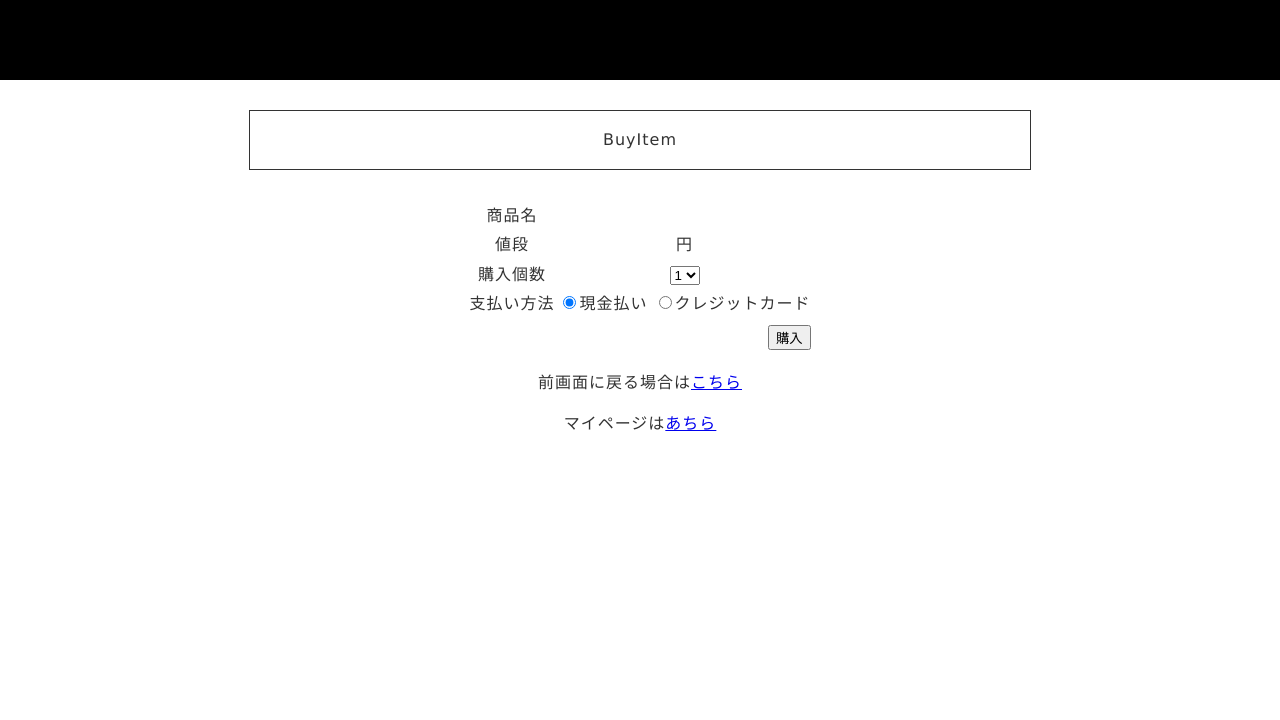
Repository: kousuke-2047/test
Page: http://localhost/ecsite/buyItem.jsp
The author's editor kept a copy of each file at every save. The page is drawn from the files as they stood at one save, then again after the next save.
The browser window is 1280 px wide. The pictures show the whole page.
The page is served by Tomcat 9.

Above is the page before, as saved 2018-05-30 07:53:12.

After the next save:
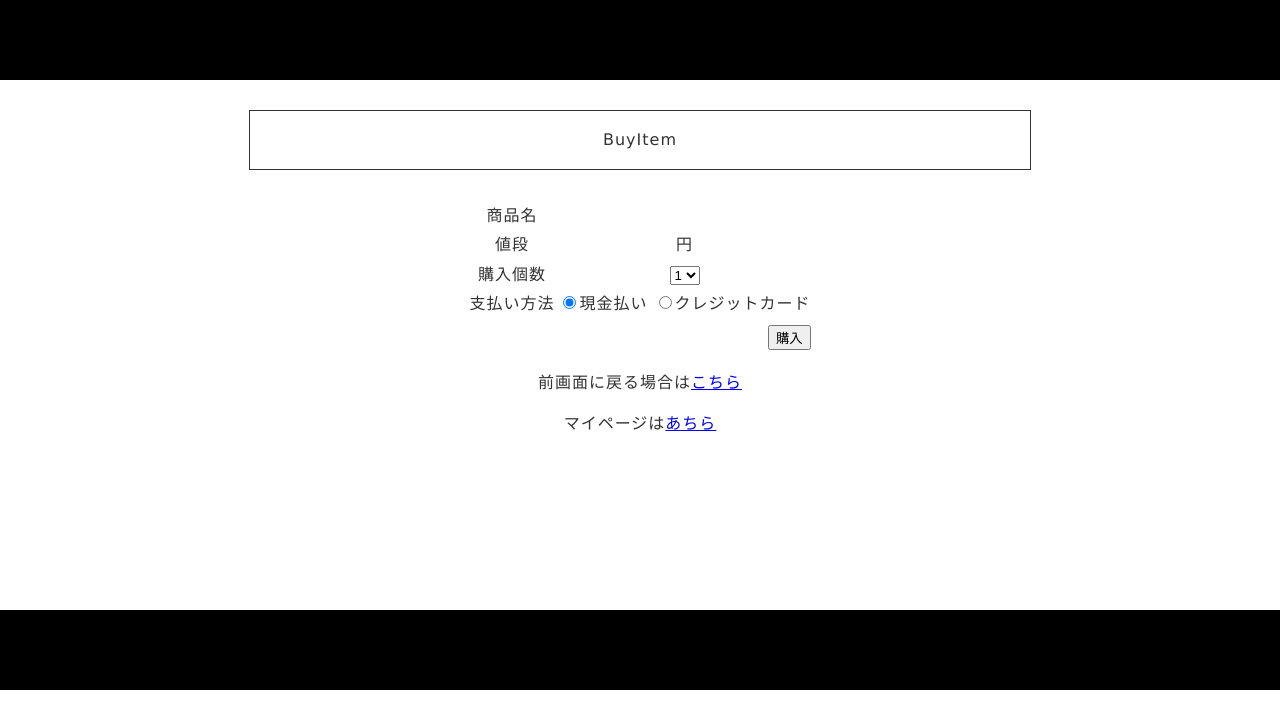
Saved 2 min 0 s later.
--- a/ecsite/WebContent/buyItem.jsp
+++ b/ecsite/WebContent/buyItem.jsp
@@ -96,12 +96,15 @@
 				<td><s:submit value = "購入"/></td>
 				</tr>
 			</table>
-		</s:form>
+			</s:form>
 			<div>
 			<p>前画面に戻る場合は<a href = '<s:url action = "GoHomeAction"/>'>こちら</a></p>
 			<p>マイページは<a href ='<s:url action = "MyPageAction"/>'>あちら</a></p>
+			</div>
 		</div>
 	</div>
+
+	<div id ="footer">
 	</div>
 
 </body>
